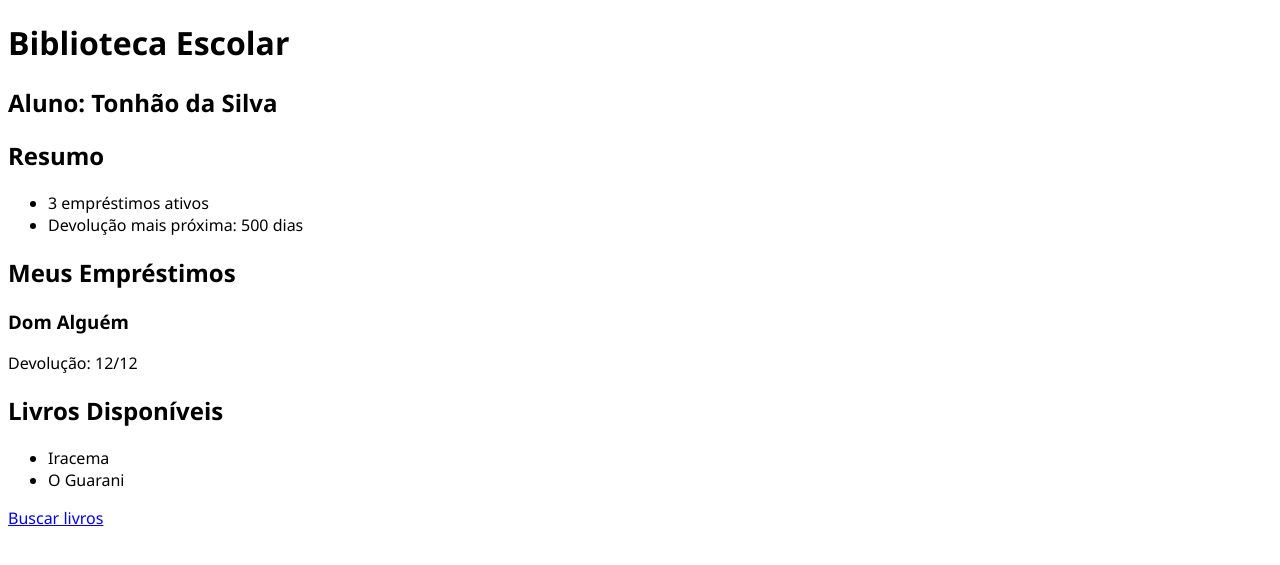
Repository: melloeduarda/html
Page: index.html
The author's editor kept a copy of each file at every save. The page is drawn from the files as they stood at one save, then again after a run of saves.
The browser window is 1280 px wide. The pictures show the whole page.

Above is the page before, as saved 2026-10-28 16:35:16.

After the next 2 saves:
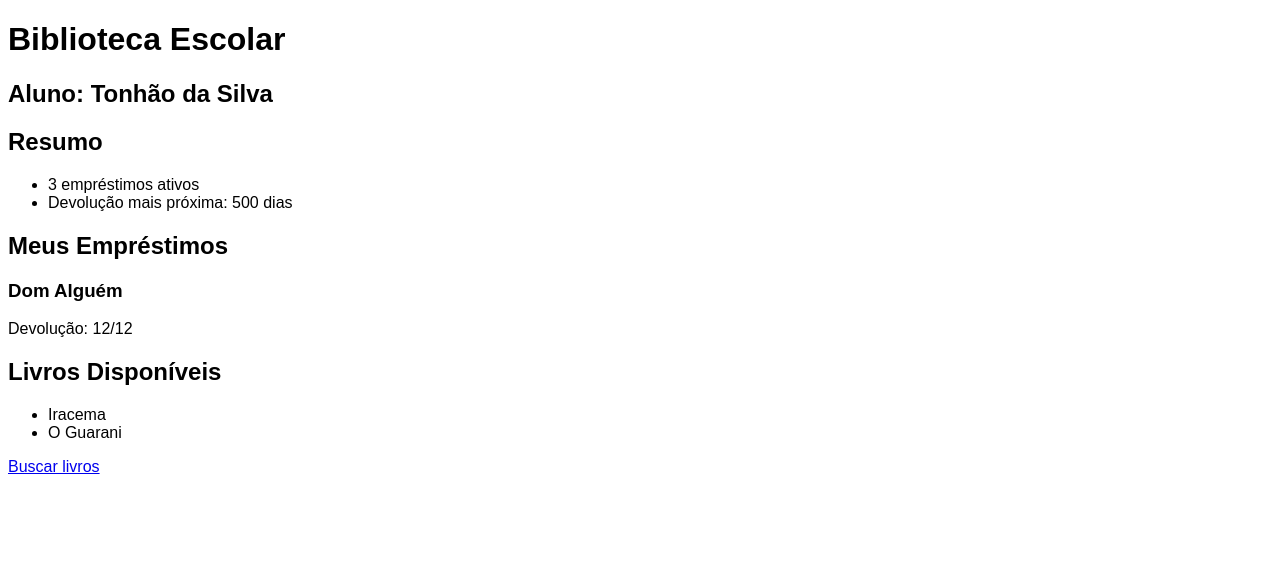
The 2 saves are shown as one change because they came seconds apart.
The last was saved 6 s later.
--- a/estilo.css
+++ b/estilo.css
@@ -1,4 +1,4 @@
 body {
-    font-family: 'Segoe UI', Tahoma, Geneva, Verdana, sans-serif;
+    font-family: sans-serif;
     background-attachment: fixed;
 }
